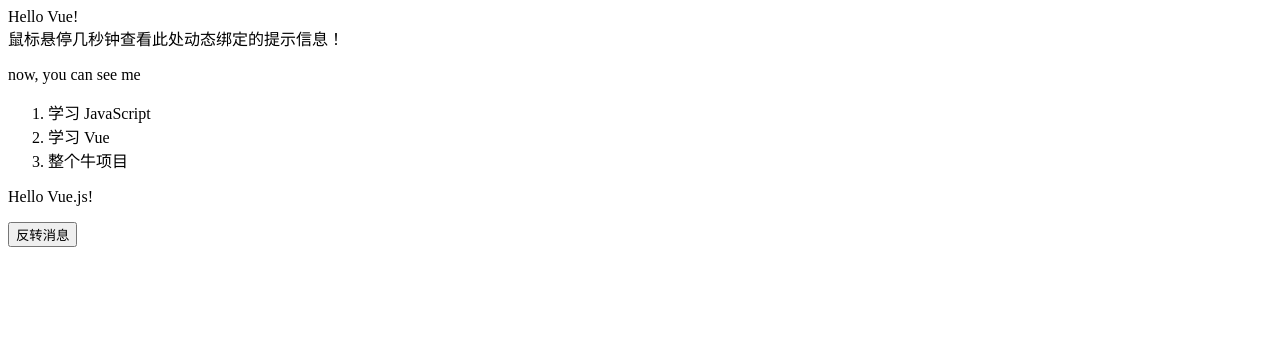
Repository: AlanPeng97/vue2.x-learning
Page: intro/coreBaisc/index.html
The author's editor kept a copy of each file at every save. The page is drawn from the files as they stood at one save, then again after the next save.
The browser window is 1280 px wide. The pictures show the whole page.
Some web libraries are served in a nearby version.

Above is the page before, as saved 2024-01-26 16:58:32.

### intro/coreBaisc/index.html
<!DOCTYPE html>
<html lang="en">
  <head>
    <meta charset="UTF-8" />
    <meta name="viewport" content="width=device-width, initial-scale=1.0" />
    <!-- Vue2官方文档介绍章节： Vue核心最基本的功能 -->
    <title>Vue2 CoreBaisc</title>
    <!-- CDN引入Vue2 -->
    <script src="https://cdn.jsdelivr.net/npm/vue@2.7.16/dist/vue.js"></script>
    <!-- 💁‍♂️ 1. 在生产环境可以把vue.js 换成 vue.min.js ， 这是一个更小的构建，获得比开发环境更快的速度体验
          2. 构建大型应用时使用NPM安装Vue，因为NPM能更好地配合webpack等打包器，同时Vue也能提供配套工具来开发单文件组件
          3. Vue提供CLI（Vue Cli），为单页面应用（SPA）快速搭建脚手架，详细参考官方文档
    -->
  </head>
  <body>
    <!--  1. vue.js核心： 简洁的模版语法，声明式地将数据渲染进DOM -->
    <div id="app">{{message}}</div>

    <!-- 2. v-bind（缩写为 : ） attribute（属性） 用于绑定元素属性 -->
    <div id="app-2">
      <span v-bind:title="message"
        >鼠标悬停几秒钟查看此处动态绑定的提示信息！</span
      >
    </div>

    <!-- 3. 条件与循环 数据绑定到DOM v-if v-for -->
    <div id="app-3">
      <p v-if="seen">now, you can see me</p>
    </div>

    <div id="app-4">
      <ol>
        <li v-for="todo in todos">{{ todo.text }}</li>
      </ol>
    </div>

    <!-- 处理用户输入 v-on指令添加 事件监听 ，调用Vue实例定义的方法 -->
    <div id="app-5">
      <p>{{message}}</p>
      <button v-on:click="reverseMessage">反转消息</button>
    </div>

    <script type="text/javascript">
      var app = new Vue({
        el: "#app",
        data: {
          message: "Hello Vue!", // 声明message
        },
      });

      var app2 = new Vue({
        el: "#app-2",
        data: {
          message: "页面加载于" + new Date().toLocaleString(),
        },
      });

      var app3 = new Vue({
        el: "#app-3",
        data: {
          seen: true,
        },
      });

      var app4 = new Vue({
        el: "#app-4",
        data: {
          todos: [
            { text: "学习 JavaScript" },
            { text: "学习 Vue" },
            { text: "整个牛项目" },
          ],
        },
      });

      var app5 = new Vue({
        el: "#app-5",
        data: {
          message: "Hello Vue.js!",
        },
        methods: {
          reverseMessage: function () {
            this.message = this.message.split("").reverse().join("");
          },
        },
      });
    </script>
  </body>
</html>

After the next save:
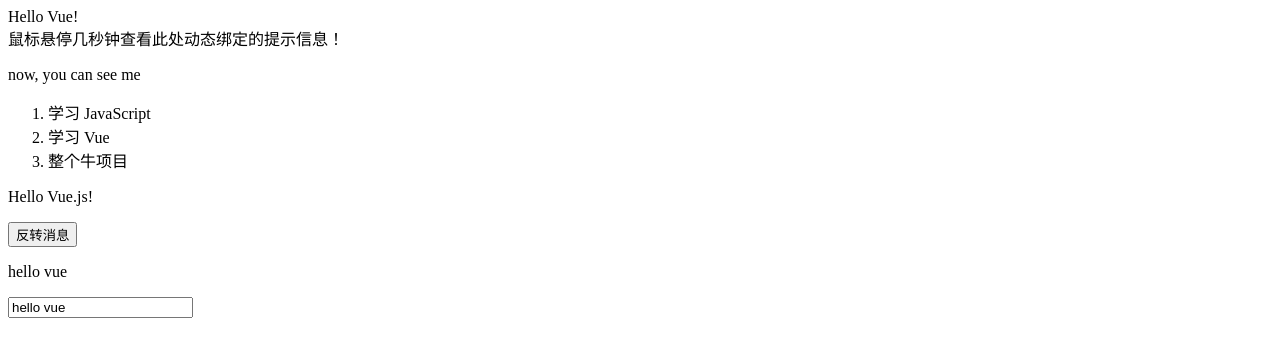
Saved 3 min 46 s later.
--- a/intro/coreBaisc/index.html
+++ b/intro/coreBaisc/index.html
@@ -38,6 +38,12 @@
     <div id="app-5">
       <p>{{message}}</p>
       <button v-on:click="reverseMessage">反转消息</button>
+    </div>
+
+    <!-- v-model 表单输入和应用状态之间的双向绑定 -->
+    <div id="app-6">
+      <p>{{message}}</p>
+      <input v-model="message" />
     </div>
 
     <script type="text/javascript">
@@ -84,6 +90,13 @@
           },
         },
       });
+
+      var app5 = new Vue({
+        el: "#app-6",
+        data: {
+          message: "hello vue",
+        },
+      });
     </script>
   </body>
 </html>
